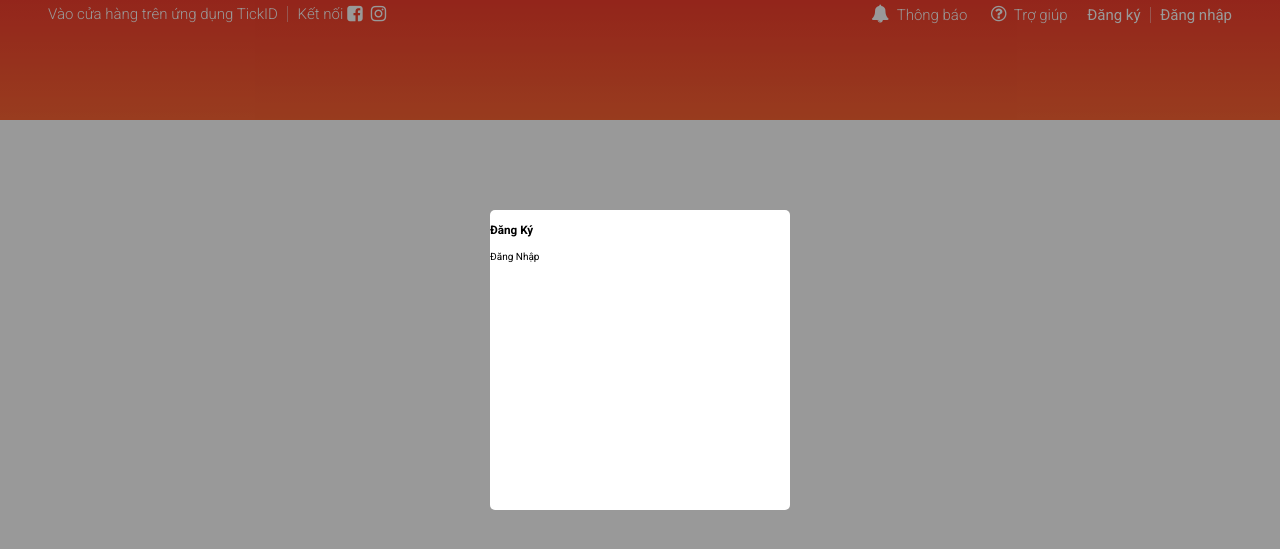
Repository: huydev0401/F8-Shop
Page: index.html
An editor plug-in stored every save of this project. The page is shown before and after the next save, followed by the edit.
The browser window is 1280 px wide. The pictures show the whole page.

Above is the page before, as saved 2021-08-12 15:19:26.

After the next save:
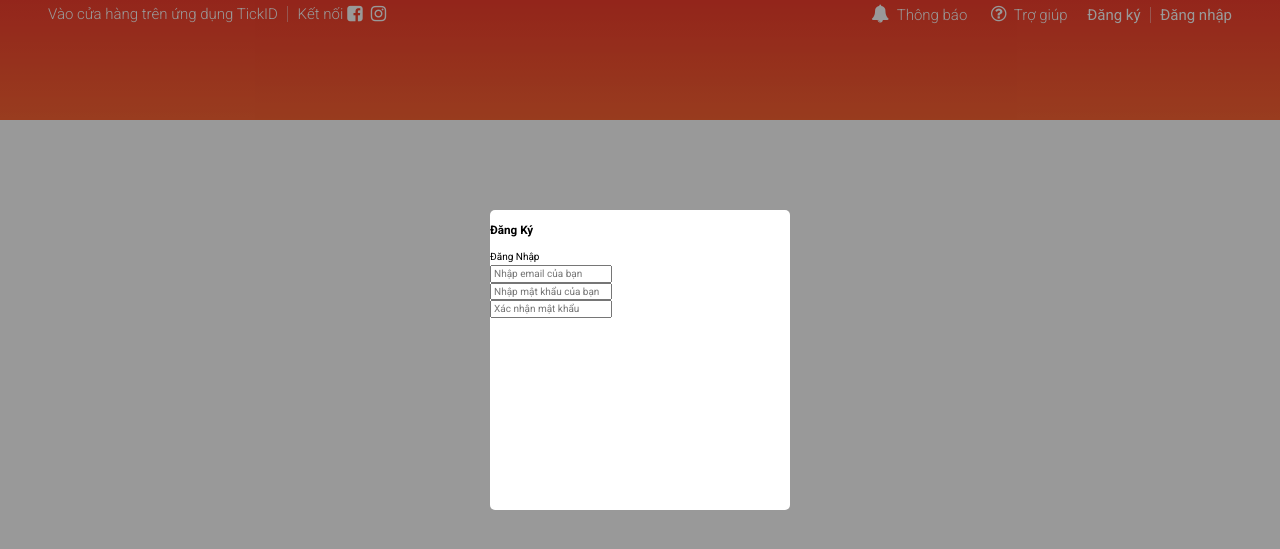
Saved 2 min 2 s later.
--- a/index.html
+++ b/index.html
@@ -126,6 +126,17 @@
                         <h3 class="authen-form__heading">Đăng Ký</h3>
                         <span class="authen-form__switch-btn">Đăng Nhập</span>
                     </div>
+                    <div class="authen-form__form">
+                        <div class="authen-form__group">
+                            <input type="text" class="authen-form__input" placeholder="Nhập email của bạn">
+                        </div>
+                        <div class="authen-form__group">
+                            <input type="password" class="authen-form__input" placeholder="Nhập mật khẩu của bạn">
+                        </div>
+                        <div class="authen-form__group">
+                            <input type="text" class="authen-form__input" placeholder="Xác nhận mật khẩu">
+                        </div>
+                    </div>
                 </div>
             </div>
         </div>
